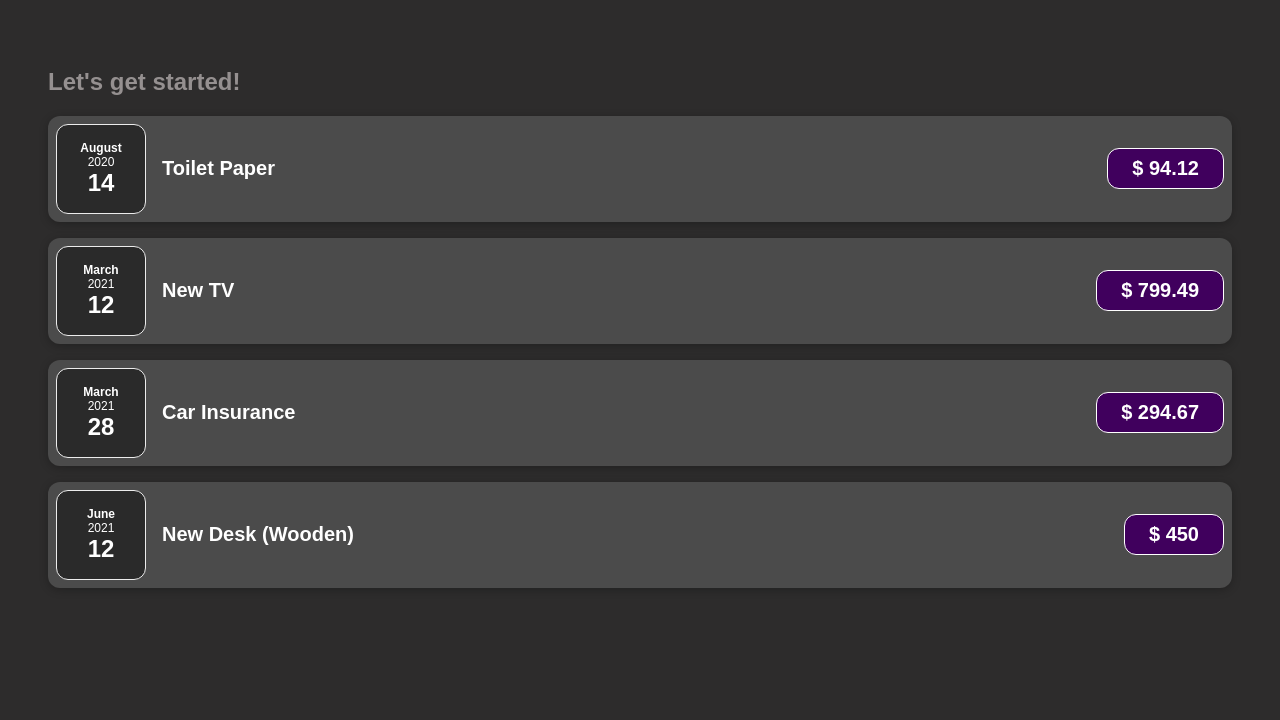
Repository: andresmazza/react-lesson
Page: /
The author's editor kept a copy of each file at every save. The page is drawn from the files as they stood at one save, then again after the next save.
The browser window is 1280 px wide. The pictures show the whole page.
The project was rebuilt for these pictures with package versions that can differ from the ones it lists, and the page was loaded fresh each time. Also part of the build but not shown: src/App.css, src/components/Expenses.js.

Above is the page before, as saved 2023-04-08 08:44:37.

After the next save:
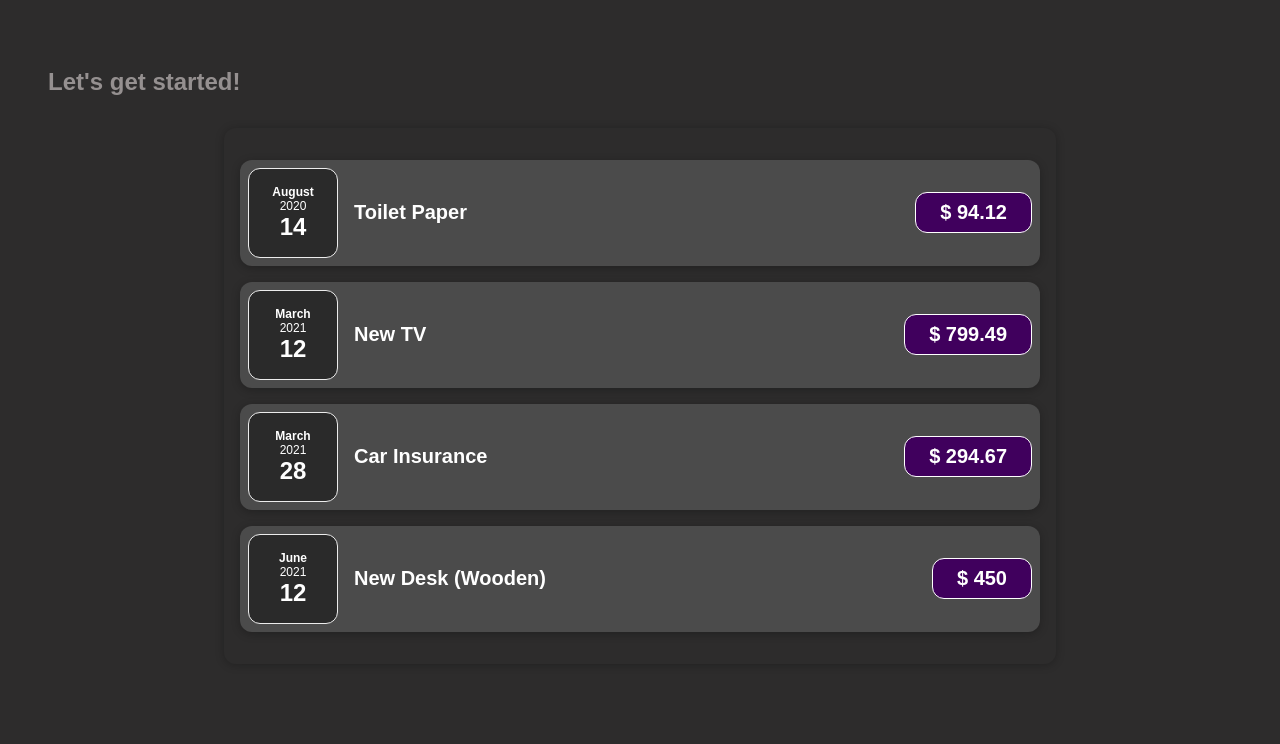
Saved 67 s later.
--- a/src/App.js
+++ b/src/App.js
@@ -40,7 +40,9 @@ function App() {
   return (
     <div>
       <h2>Let's get started!</h2>
-      {expensesList}
+      <div className='expenses'>
+        {expensesList}
+      </div>
     </div>
   );
 }
